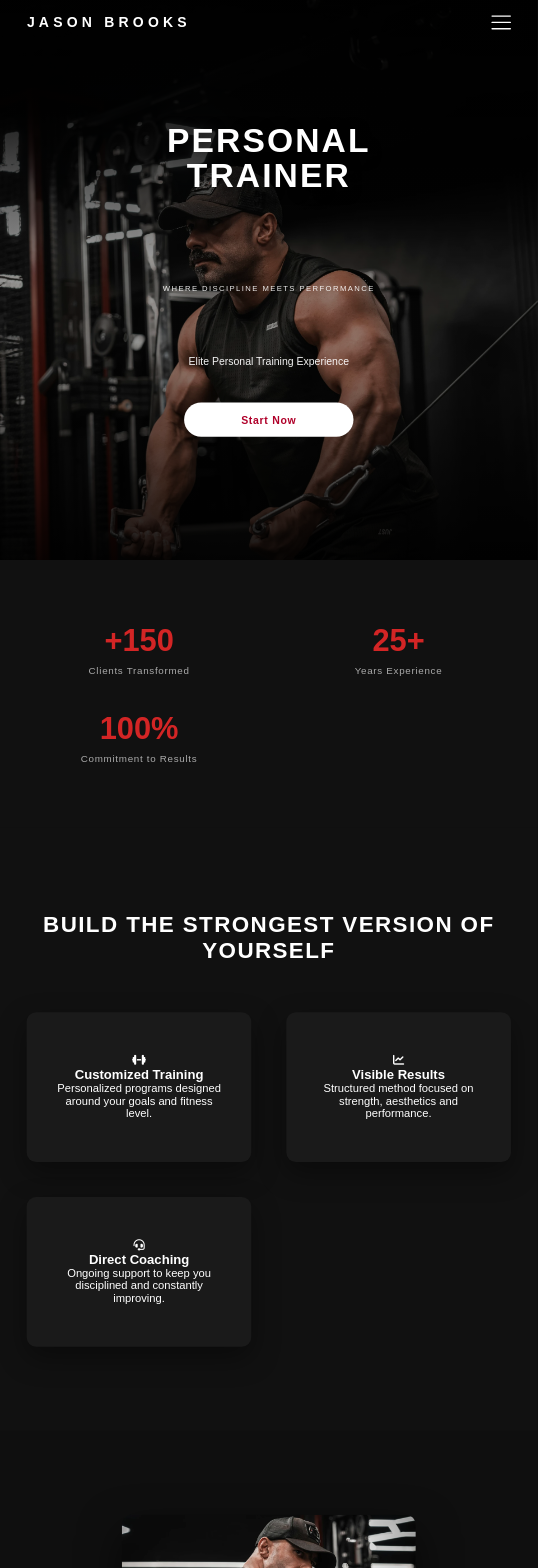
Repository: davidfsillva/Jason-Brooks
Page: index.html
The author's editor kept a copy of each file at every save. The page is drawn from the files as they stood at one save, then again after a run of saves.
The browser window is 768 px wide. The pictures show the part of the page from y = 0 to 2240 px (the page is 3913 px tall), at 70% of full size.
Some web fonts or font styles are not loaded; a fallback is used.

Above is the page before, as saved 2026-02-21 17:24:38.

After the next 2 saves:
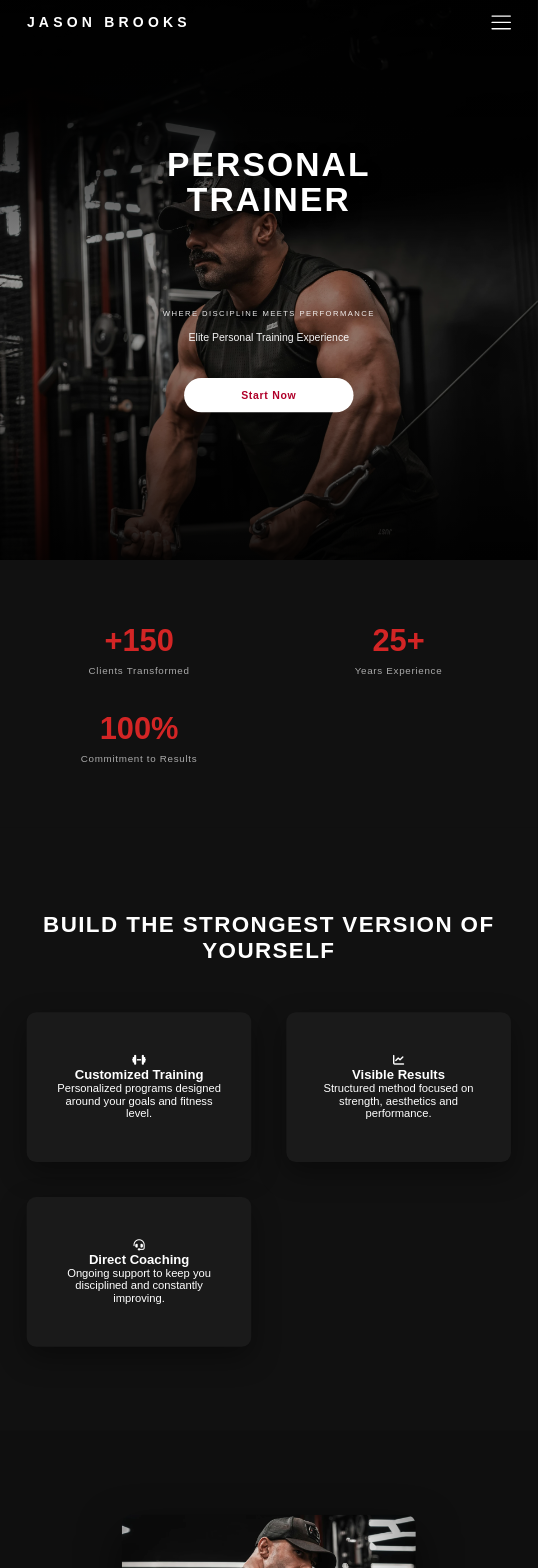
The 2 saves are shown as one change because they came seconds apart.
The last was saved 6 s later.
--- a/style.css
+++ b/style.css
@@ -586,7 +586,7 @@ section {
     .hero-small {
         font-size: 11px;
         letter-spacing: 2px;
-        margin-bottom: 45px;
+        margin-bottom: -25px;
         opacity: 0.9;
         text-align: center;
     }
